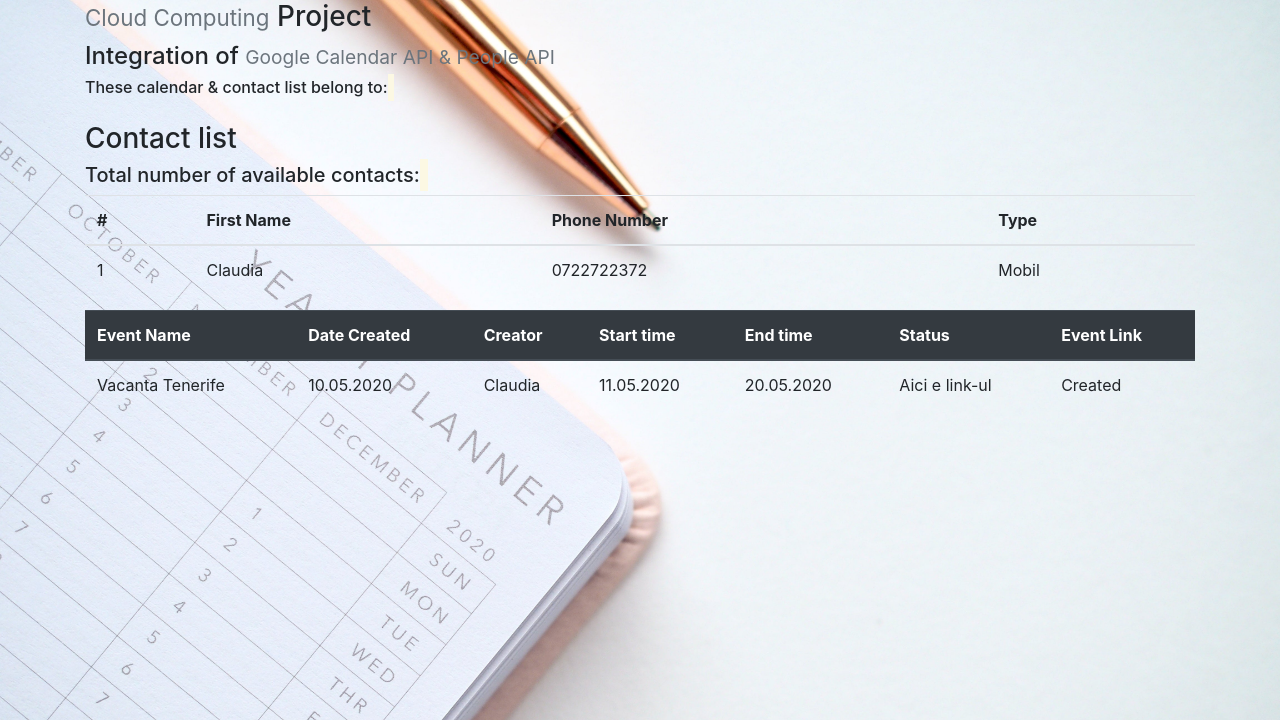
Repository: ClaudiaGheorghe97/cloudcomputing
Page: frontend1/index.html
The author's editor kept a record of every edit. The page is drawn from the files as they stood at one moment, then again after the next edit.
The browser window is 1280 px wide. The pictures show the whole page.

Above is the page before.

After the next edit:
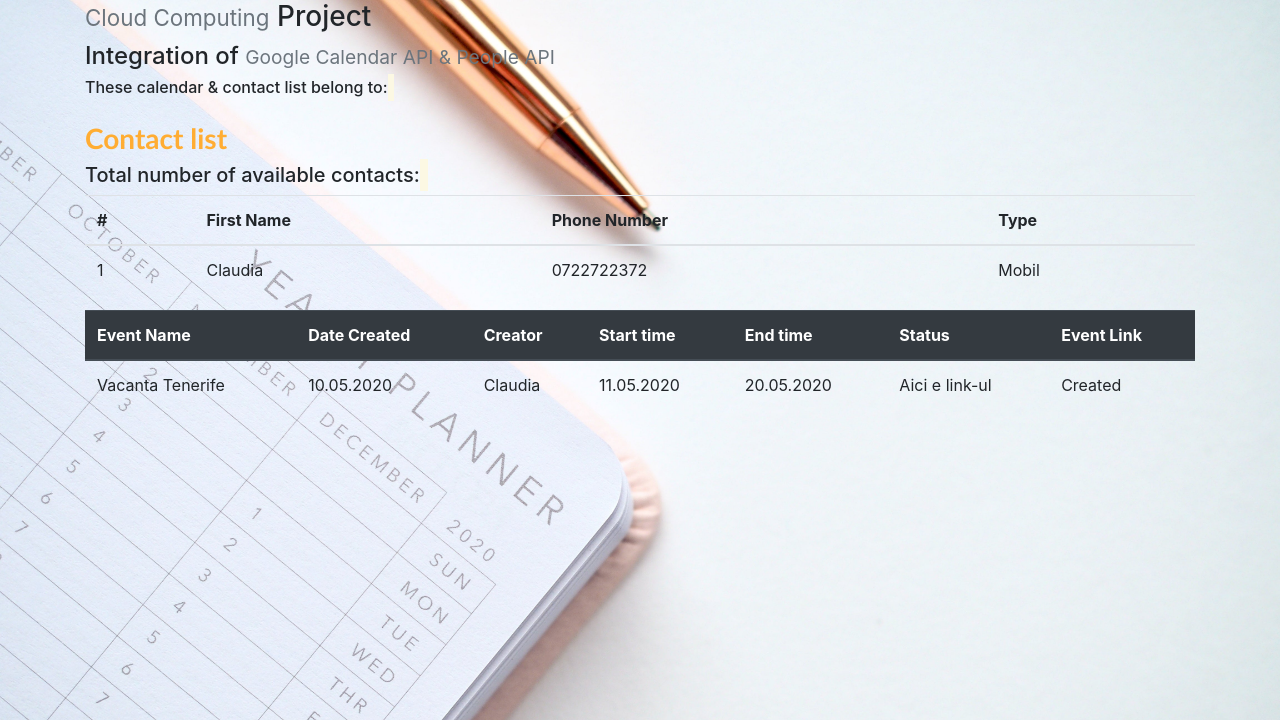
The edit:
--- a/frontend1/index.html
+++ b/frontend1/index.html
@@ -8,8 +8,8 @@
     <script src="https://code.jquery.com/jquery-3.4.1.slim.min.js" integrity="sha384-J6qa4849blE2+poT4WnyKhv5vZF5SrPo0iEjwBvKU7imGFAV0wwj1yYfoRSJoZ+n" crossorigin="anonymous"></script>
     <script src="https://cdn.jsdelivr.net/npm/popper.js@1.16.0/dist/umd/popper.min.js" integrity="sha384-Q6E9RHvbIyZFJoft+2mJbHaEWldlvI9IOYy5n3zV9zzTtmI3UksdQRVvoxMfooAo" crossorigin="anonymous"></script>
     <script src="https://stackpath.bootstrapcdn.com/bootstrap/4.4.1/js/bootstrap.min.js" integrity="sha384-wfSDF2E50Y2D1uUdj0O3uMBJnjuUD4Ih7YwaYd1iqfktj0Uod8GCExl3Og8ifwB6" crossorigin="anonymous"></script>
-
-    <title>Google Calendar API Quickstart</title>
+    <link rel="stylesheet" type="text/css" href="index.css">
+    <title>Project CC GCS</title>
     <meta charset="utf-8" />
     <script src="https://ajax.googleapis.com/ajax/libs/jquery/3.5.1/jquery.min.js"></script>
   </head>
